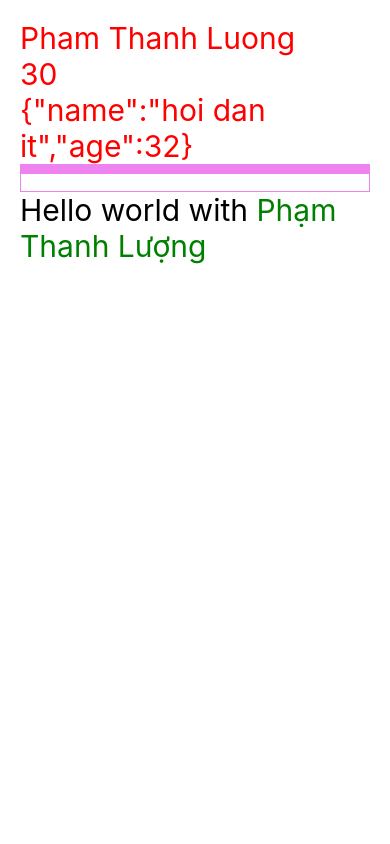
Repository: LuongPTCE181311/React-Native-Ultimate
Screen: /
An editor plug-in stored every save of this project. The screen is shown before and after the next save, followed by the edit.
The app was drawn by React Native's web renderer in a window 390 px wide. The project was rebuilt for these pictures with package versions that can differ from the ones it lists, and the page was loaded fresh each time. Some packages were replaced by stand-ins written for this rebuild.

Above is the screen before, as saved 2026-05-30 15:27:04.

After the next save:
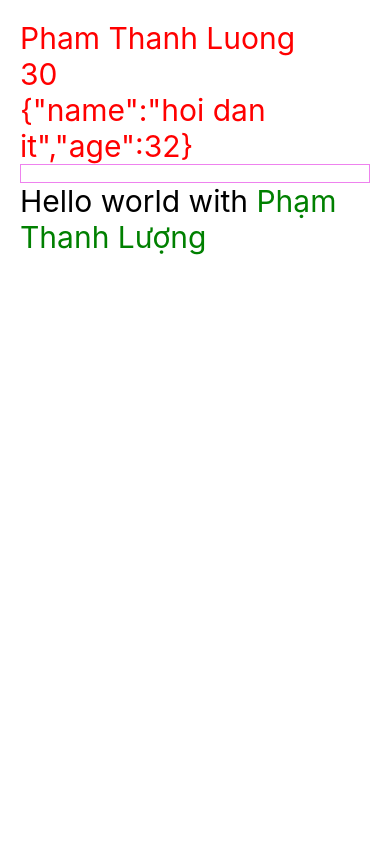
Saved 8 s later.
--- a/App.tsx
+++ b/App.tsx
@@ -52,6 +52,6 @@ const styles = StyleSheet.create({
   borderInput: {
     borderColor: "violet",
     borderWidth: 1,
-    borderTopWidth: 10
+
   }
 });
